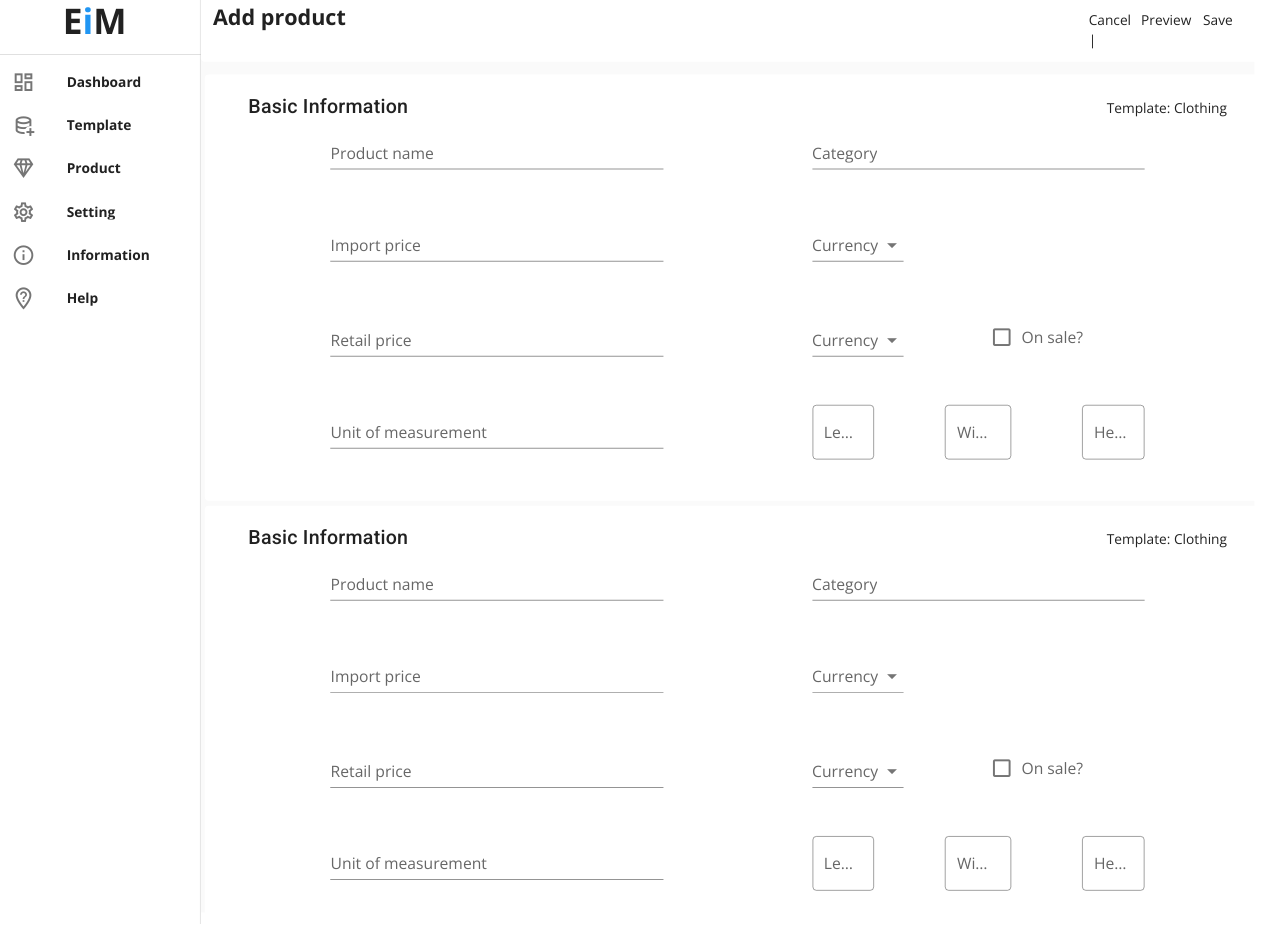
Repository: nguyenphuong152/pim-template
Page: /addproduct
These files come from the project's save history. The page is drawn as it stood at one moment and after the next save; the edit follows.
The browser window is 1280 px wide. The page is 1308 px wide, so the pictures cover 1308 px, including what lies to the right of the window. The pictures show the whole page, at 98% of full size.
The project was rebuilt for these pictures with package versions that can differ from the ones it lists, and the page was loaded fresh each time. Also part of the build but not shown: vue.config.js, src/views/Home.vue, src/components/Outcome_1/SearchTemplate.vue, src/components/Outcome_1/YourTemplate.vue, src/components/Outcome_1/ListComponent.vue, src/components/Outcome_1/AddInfo.vue, src/components/Outcome_1/AddDetail.vue, src/components/Outcome_1/CreateRegion.vue and 5 more.

Above is the page before, as saved 2020-12-21 11:45:13.

### public/index.html
<!DOCTYPE html>
<html lang="en">
  <head>
    <meta charset="utf-8" />
    <meta http-equiv="X-UA-Compatible" content="IE=edge" />
    <meta name="viewport" content="width=device-width,initial-scale=1.0" />
    <link rel="icon" href="<%= BASE_URL %>favicon.ico" />
    <link rel="preconnect" href="https://fonts.gstatic.com" />
    <link rel="preconnect" href="https://fonts.gstatic.com" />
    <link rel="preconnect" href="https://fonts.gstatic.com" />
    <link
      href="https://fonts.googleapis.com/css2?family=Open+Sans:wght@300;400;600;700;800&display=swap"
      rel="stylesheet"
    />
    <link
      href="https://fonts.googleapis.com/css?family=Montserrat:300,400,500,600,700"
      rel="stylesheet"
    />
    <title><%= htmlWebpackPlugin.options.title %></title>
    <link
      rel="stylesheet"
      href="https://fonts.googleapis.com/css?family=Roboto:100,300,400,500,700,900"
    />
    <link
      rel="stylesheet"
      href="https://cdn.jsdelivr.net/npm/@mdi/font@latest/css/materialdesignicons.min.css"
    />
  </head>
  <body>
    <noscript>
      <strong
        >We're sorry but <%= htmlWebpackPlugin.options.title %> doesn't work
        properly without JavaScript enabled. Please enable it to
        continue.</strong
      >
    </noscript>
    <div id="app"></div>
    <!-- built files will be auto injected -->
  </body>
</html>

### src/main.js
import Vue from 'vue'
import App from './App.vue'
import router from './router'
import '../sass/style.scss'
import vuetify from './plugins/vuetify';

Vue.config.productionTip = false

new Vue({
  router,
  vuetify,
  render: h => h(App)
}).$mount('#app')

### src/App.vue
<template>
  <v-app v-bind:style="{ background: activeColor }">
    <v-row>
      <v-col cols="2" class="pa-0">
        <v-navigation-drawer permanent width="220">
          <v-list-item>
            <v-list-item-content>
              <v-list-item-title class="logo">
                E<span class="blue--text">i</span>M
              </v-list-item-title>
            </v-list-item-content>
          </v-list-item>

          <v-divider></v-divider>

          <v-list dense nav class="text-start pl-4">
            <v-list-item
              v-for="item in items"
              :key="item.title"
              :to="item.path"
              color="blue"
            >
              <v-list-item-icon>
                <v-icon>{{ item.icon }}</v-icon>
              </v-list-item-icon>
              <v-list-item-content>
                <v-list-item-title class="template-title font-weight-bold ">{{
                  item.title
                }}</v-list-item-title>
              </v-list-item-content>
            </v-list-item>
          </v-list>
        </v-navigation-drawer>
      </v-col>
      <v-col class="pa-0">
        <router-view />
      </v-col>
    </v-row>
  </v-app>
</template>

<script>
export default {
  name: "App",
  components: {},
  watch: {
    $route(to) {
      document.title = `${to.meta.title}`;
    },
  },
  data() {
    return {
      clicked: false,
      activeColor: "#FAFAFA",
      items: [
        { title: "Dashboard", icon: "mdi-view-dashboard-outline", path: "" },
        {
          title: "Template",
          icon: "mdi-database-plus-outline",
          path: "/template",
        },
        { title: "Product", icon: "mdi-diamond-stone", path: "/product" },
        { title: "Setting", icon: "mdi-cog-outline", path: "" },
        { title: "Information", icon: "mdi-information-outline", path: "" },
        { title: "Help", icon: "mdi-map-marker-question-outline", path: "" },
      ],
      right: null,
    };
  },
};
</script>

### src/router/index.js
import Vue from "vue";
import VueRouter from "vue-router";
import Home from "../views/Home.vue";
import Template from "../views/Outcome_1/CreateProductTemplate.vue";
import Product from "../views/Outcome_2/Outcome_2_screen.vue";
import AddProduct from "../views/Outcome_2/AddProduct.vue";

Vue.use(VueRouter);

const routes = [
  {
    path: "/",
    name: "Home",
    component: Home,
  },
  {
    path: "/template",
    name: "Template",
    component: Template,
    meta: {
      title: "Add Template",
    },
  },
  {
    path: "/product",
    name: "Product",
    component: Product,
    meta: {
      title: "Product",
    },
  },
  {
    path: "/addproduct",
    name: "AddProduct",
    component: AddProduct,
    meta: {
      title: "Add Product",
    },
  },
  {
    path: "/about",
    name: "About",
    // route level code-splitting
    // this generates a separate chunk (about.[hash].js) for this route
    // which is lazy-loaded when the route is visited.
    component: () =>
      import(/* webpackChunkName: "about" */ "../views/About.vue"),
  },
];

const router = new VueRouter({
  mode: "history",
  base: process.env.BASE_URL,
  routes,
});

export default router;

### sass/style.scss
$font-primary: 'Open Sans',
sans-serif;

@import "~vuetify/src/styles/styles.sass";

$fontsize-content: 14px;
$fontsize-title: 24px;
$fontsize-logo:36px;
$fontsize-header:22px;
$fontsize-nav:20px;


#app {
  font-family: $font-primary;
   font-size:$fontsize-content;
  -webkit-font-smoothing: antialiased;
  -moz-osx-font-smoothing: grayscale;
  text-align: center;
  color: #2c3e50;
}

#nav {
  padding: 30px;
}

#nav a {
  font-weight: bold;
  color: #2c3e50;
}

#nav a.router-link-exact-active {
  color: #42b983;
}

.title {
  font: $font-primary !important;
  font-size: $fontsize-nav !important;
}

.logo {
  @extend .title;
  font-weight: 700 !important;
  font-size: $fontsize-logo !important;
}

.text-header {
  font: $font-primary !important;
  font-size: $fontsize-header !important;
  font-weight: 700;
}


.template-title {
  @extend .title;
  font-size: $fontsize-content !important;
}

### src/views/Outcome_2/AddProduct.vue
<template>
  <v-container class="pa-0">
    <v-card class="" flat>
      <v-container class="text-start">
        <v-row class="align-baseline">
          <v-col cols="10">
            <span class="text-header">Add product</span>
          </v-col>
          <v-col>
            <v-row>
              <v-col class="px-0">
                <span>Cancel |</span>
              </v-col>
              <v-col class="px-0 text-end">
                <span>Preview</span>
              </v-col>
              <v-col>
                <span>Save</span>
              </v-col>
            </v-row>
          </v-col>
        </v-row>
      </v-container>
    </v-card>
    <br />
    <BasicInfo />
    <br />
    <BasicInfo />
  </v-container>
</template>

<script>
import BasicInfo from "../../components/Outcome_2/BasicInfo";
export default {
  components: {
    BasicInfo,
  },
};
</script>

### src/components/Outcome_2/BasicInfo.vue
<template>
  <v-container class="text-start ma-1 pa-0">
    <v-card flat>
      <v-row class="d-flex align-baseline px-14 pt-4">
        <span class="title ">Basic Information</span>
        <v-spacer></v-spacer>
        <span>Template: Clothing</span>
      </v-row>
      <v-container class="px-16 py-0">
        <v-row class="d-flex align-baseline pa-0">
          <v-col>
            <v-container class="py-0 px-16">
              <v-text-field
                color="blue darken-2"
                label="Product name"
                hint="Miniskirt-02"
                required
              ></v-text-field>
            </v-container>
          </v-col>
          <v-col>
            <v-container class="py-0 px-16">
              <v-text-field
                color="blue darken-2"
                label="Category"
                hint="Ex: Miniskirt"
                required
              ></v-text-field>
            </v-container>
          </v-col>
        </v-row>
        <v-row class="d-flex align-baseline">
          <v-col cols="6">
            <v-container class="py-0 px-16">
              <v-text-field
                color="blue darken-2"
                label="Import price"
                hint="180,000"
                required
              ></v-text-field>
            </v-container>
          </v-col>
          <v-col cols="3">
            <v-container class="py-0 px-16">
              <v-select :items="items" label="Currency"></v-select>
            </v-container>
          </v-col>
          <v-col> </v-col>
        </v-row>
        <v-row class="d-flex align-baseline">
          <v-col cols="6">
            <v-container class="py-0 px-16">
              <v-text-field
                color="blue darken-2"
                label="Retail price"
                hint="180,000"
                required
              ></v-text-field>
            </v-container>
          </v-col>
          <v-col cols="3">
            <v-container class="py-0 px-16">
              <v-select :items="items" label="Currency"></v-select>
            </v-container>
          </v-col>
          <v-col
            ><v-checkbox label="On sale?" color="red" hide-details></v-checkbox>
          </v-col>
        </v-row>
        <v-row class="d-flex align-baseline">
          <v-col cols="6">
            <v-container class="py-0 px-16">
              <v-text-field
                color="blue darken-2"
                label="Unit of measurement"
                hint="Ex: piece, pair,..."
                required
              ></v-text-field>
            </v-container>
          </v-col>
          <v-col>
            <v-row>
              <v-col>
                <v-container class="py-0 pl-16">
                  <v-text-field
                    label="Length"
                    placeholder="70cm"
                    outlined
                  ></v-text-field>
                </v-container>
              </v-col>
              <v-col>
                <v-container class="py-0 pr-9 pl-9">
                  <v-text-field
                    label="Width"
                    placeholder="50cm"
                    outlined
                  ></v-text-field>
                </v-container>
              </v-col>
              <v-col>
                <v-container class="py-0 pr-16">
                  <v-text-field
                    label="Height"
                    placeholder="10cm"
                    outlined
                  ></v-text-field>
                </v-container>
              </v-col>
            </v-row>
          </v-col>
        </v-row>
      </v-container>
    </v-card>
  </v-container>
</template>

<script>
export default {
  data: () => ({
    items: ["VND", "USD", "EUR"],
  }),
};
</script>

<style></style>

Loaded but not shown: src/plugins/vuetify.js (common file)

After the next save:
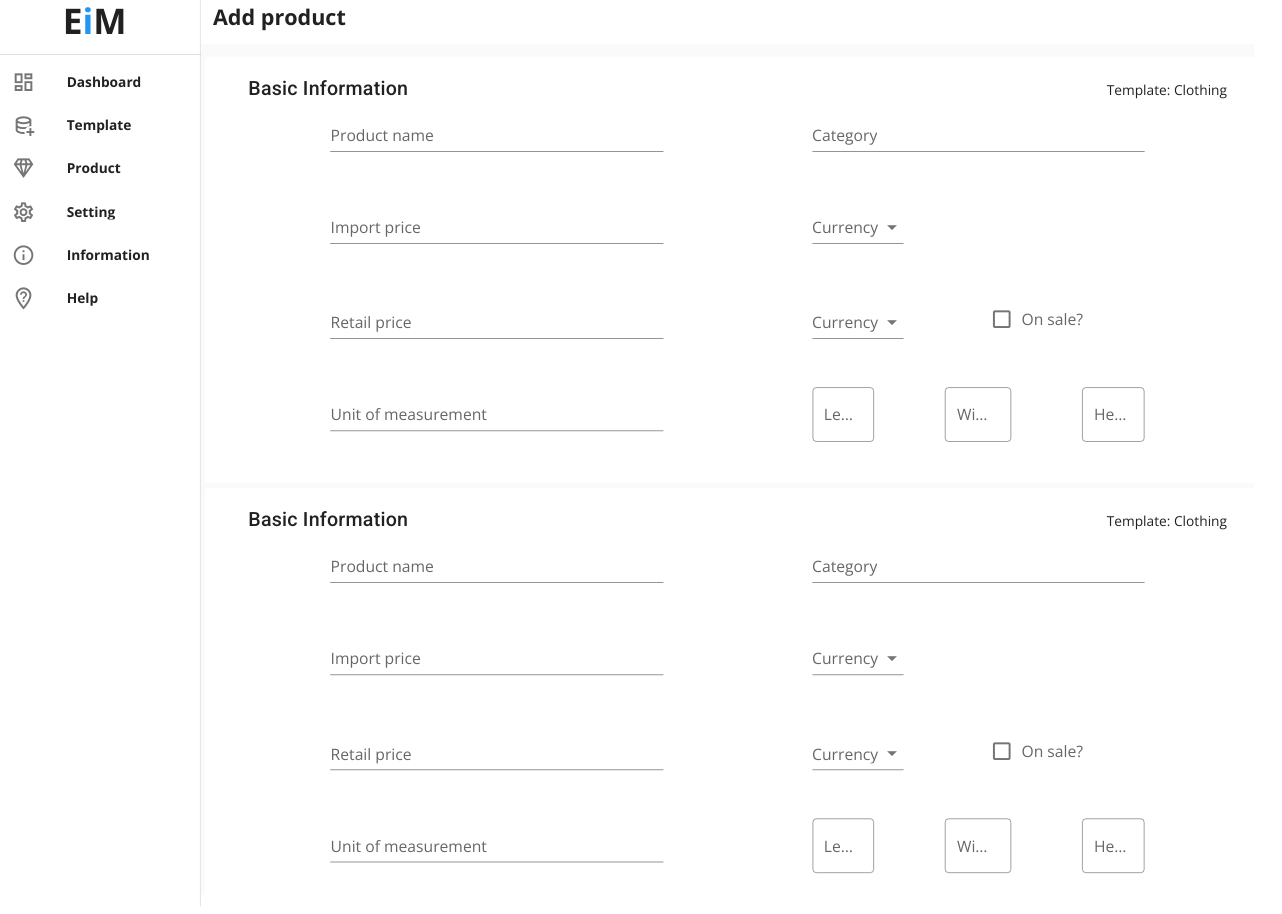
Saved 36 s later.
--- a/src/views/Outcome_2/AddProduct.vue
+++ b/src/views/Outcome_2/AddProduct.vue
@@ -5,19 +5,6 @@
         <v-row class="align-baseline">
           <v-col cols="10">
             <span class="text-header">Add product</span>
-          </v-col>
-          <v-col>
-            <v-row>
-              <v-col class="px-0">
-                <span>Cancel |</span>
-              </v-col>
-              <v-col class="px-0 text-end">
-                <span>Preview</span>
-              </v-col>
-              <v-col>
-                <span>Save</span>
-              </v-col>
-            </v-row>
           </v-col>
         </v-row>
       </v-container>
